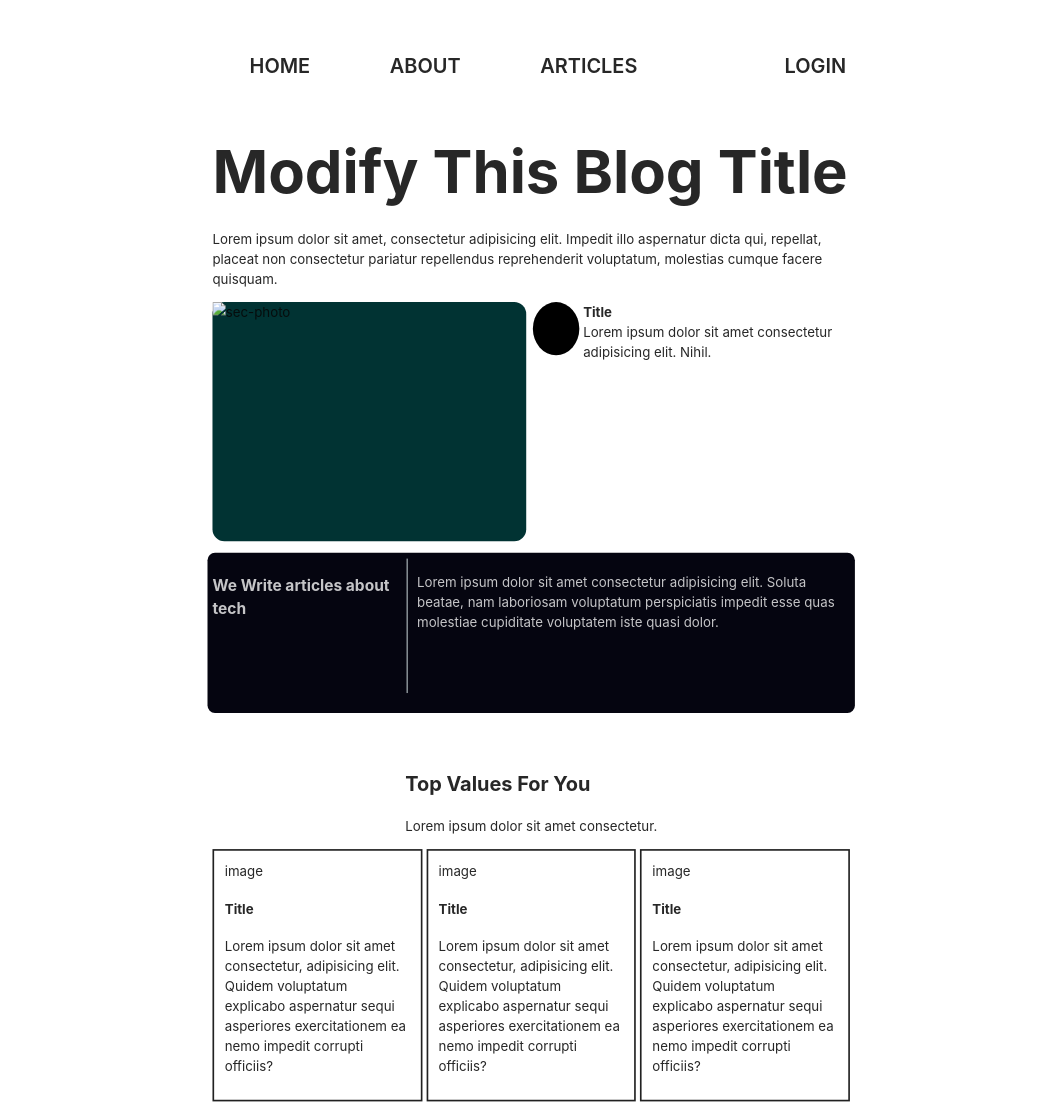
Repository: ValGrace/-static-site
Page: /home (app in client/)
An editor plug-in stored every save of this project. The page is shown before and after the next save, followed by the edit.
The browser window is 1280 px wide. The pictures show the whole page, at 83% of full size.
The project was rebuilt for these pictures with package versions that can differ from the ones it lists, and the page was loaded fresh each time. Also part of the build but not shown: client/vite.config.js, client/src/Utils/appwrite.js, client/src/Components/Inputs.css, client/src/Components/Login.jsx, client/src/Components/Signup.jsx.

Above is the page before, as saved 2023-02-05 12:55:44.

### client/src/main.jsx
import React from 'react'
import ReactDOM from 'react-dom/client'
import App from './App'
import './index.css'
import { BrowserRouter } from 'react-router-dom'
ReactDOM.createRoot(document.getElementById('root')).render(
  <React.StrictMode>
    <BrowserRouter>
    <App />
    </BrowserRouter>
  </React.StrictMode>,
)

### client/src/App.jsx
import PageRouter from './Routing/PageRouter'
import './App.css'

function App() {


  return (
    <div className="App">
      <PageRouter />
    </div>
  )
}

export default App

### client/src/index.css
:root {
  font-family: Inter, system-ui, Avenir, Helvetica, Arial, sans-serif;
  line-height: 1.5;
  font-weight: 400;

  color-scheme: light dark;
  color: rgba(7, 7, 7, 0.87);
  background-color: #ffffff;

  font-synthesis: none;
  text-rendering: optimizeLegibility;
  -webkit-font-smoothing: antialiased;
  -moz-osx-font-smoothing: grayscale;
  -webkit-text-size-adjust: 100%;
}

/* a {
  font-weight: 500;
  color: #646cff;
  text-decoration: inherit;
}
a:hover {
  color: #535bf2;
}

body {
  margin: 0;
  display: flex;
  place-items: center;
  min-width: 320px;
  min-height: 100vh;
}

h1 {
  font-size: 3.2em;
  line-height: 1.1;
}

button {
  border-radius: 8px;
  border: 1px solid transparent;
  padding: 0.6em 1.2em;
  font-size: 1em;
  font-weight: 500;
  font-family: inherit;
  background-color: #1a1a1a;
  cursor: pointer;
  transition: border-color 0.25s;
}
button:hover {
  border-color: #646cff;
}
button:focus,
button:focus-visible {
  outline: 4px auto -webkit-focus-ring-color;
}

@media (prefers-color-scheme: light) {
  :root {
    color: #213547;
    background-color: #ffffff;
  }
  a:hover {
    color: #747bff;
  }
  button {
    background-color: #f9f9f9;
  }
} */

### client/src/Routing/PageRouter.jsx
import Dashboard from "../Pages/Dashboard";
import HomePage from "../Pages/HomePage";
import { Routes, Route} from "react-router-dom"

const PageRouter = () => {
    return (
        <Routes>
            <Route path="/" element={<Dashboard />} />
            <Route path="/home" element={<HomePage />} />
        </Routes>
    )
}

export default PageRouter

### client/src/App.css
.App {
  display: flex;
  flex-direction: column;
  justify-content: center;
  align-items: center;
}

### client/src/Pages/Dashboard.jsx
import React, { useReducer} from 'react'
import Login from '../Components/Login'
import Signup from '../Components/Signup'
import "../Components/Inputs.css"
const initialState = {page : <Login />}
function reducer(state, action) {
    switch(action.type) {
        case 'loginpage':
          return { page: <Login />}
        case 'signuppage':
            return { page: <Signup />}
        default:
            return { page: <h2>Loading....</h2>}
    }
}
const Dashboard = () => {
    const [state, dispatch] = useReducer(reducer, initialState)
    return (
        <div className='dashboard'>
         <h2>Static Site Generator</h2>
         <div>Static site Image</div>
         <div className='dash' id='dash'>
            <div className='toggleForms'>
                <button onClick={() => dispatch({type: 'loginpage'})} className="type-btn">Login</button>
                <button onClick={() => dispatch({type: 'signuppage'})} className="type-btn">Signup</button>
                </div>
            <React.Fragment>{state.page}</React.Fragment>

            <button id="auth-btns">Login with Github account</button>
            <button id="auth-btns">Login with Google account</button>
         </div>
       </div>
    )
}

export default Dashboard

### client/src/Pages/HomePage.jsx
import Navbar from "../Components/Navbar"
import HomeSection from "../Components/HomeSection"
import TopSection from "../Components/TopSection"
const HomePage = () => {
    return (
        <>
         <Navbar />
         <TopSection />
         <HomeSection />
        </>
    )
}

export default HomePage

### client/src/Components/Navbar.jsx
import "./Navbar.css"
const Navbar = () => {
    return (
        <nav>
            <ul>
                <li>home</li>
                <li>about</li>
                <li>articles</li>
            </ul>
            <ul>
                <li>Login</li>
            </ul>
        </nav>
    )
}

export default Navbar

### client/src/Components/HomeSection.jsx
const HomeSection = () => {
   return (
    <>
    <div>
    <h2>Top Values For You</h2>
    <p>Lorem ipsum dolor sit amet consectetur.</p>
    </div>
    <div className="value-section">
        <div className="single-value">
            <div id="icon-section">image</div>
            <h4>Title</h4>
            <p>Lorem ipsum dolor sit amet consectetur, adipisicing elit. Quidem voluptatum explicabo aspernatur sequi asperiores exercitationem ea nemo impedit corrupti officiis?</p>
        </div>
        <div className="single-value">
            <div id="icon-section">image</div>
            <h4>Title</h4>
            <p>Lorem ipsum dolor sit amet consectetur, adipisicing elit. Quidem voluptatum explicabo aspernatur sequi asperiores exercitationem ea nemo impedit corrupti officiis?</p>
        </div>
        <div className="single-value">
            <div id="icon-section">image</div>
            <h4>Title</h4>
            <p>Lorem ipsum dolor sit amet consectetur, adipisicing elit. Quidem voluptatum explicabo aspernatur sequi asperiores exercitationem ea nemo impedit corrupti officiis?</p>
        </div>
    </div>
    </>
   )
}

export default HomeSection

### client/src/Components/TopSection.jsx
const TopSection = () => {
    return (
      <>
      <div className="top-text" id="top-text">
      <h2>Modify this blog title</h2>
      <p>Lorem ipsum dolor sit amet, consectetur adipisicing elit. Impedit illo aspernatur dicta qui, repellat, placeat non consectetur pariatur repellendus reprehenderit voluptatum, molestias cumque facere quisquam.</p>
      </div>
      <div className="head-section">
        <div className="head-img">
            <img src="" alt="sec-photo" />
        </div>
        <div className="side-section">
            <div className="side-img">
                <img src="" alt=""/>
            </div>
            <div className="side-blogs">
                <h4>Title</h4>
                <p>Lorem ipsum dolor sit amet consectetur adipisicing elit. Nihil.</p>
            </div>
        </div>
      </div>
      <div className="site-descr">
        <h3>We Write articles about tech</h3>
        <div className="site-sep"></div>
        <p>Lorem ipsum dolor sit amet consectetur adipisicing elit. Soluta beatae, nam laboriosam voluptatum perspiciatis impedit esse quas molestiae cupiditate voluptatem iste quasi dolor.</p>
      </div>
      </>
    )
}

export default TopSection

### client/src/Components/Navbar.css
nav {
    width: 70vw;
    height: 20vh;
    display: flex;
}

nav > ul{
  display: flex;
  flex-direction: row;
  text-transform: uppercase;
  list-style-type: none;
  justify-content: center;
  align-items: center;
  gap: 4em;
  font-weight: 600;
  font-size: 1.5rem;
  flex-grow: 1;
}

#top-text {
    width: 60vw;
}

#top-text > h2 {
    font-size: 4.5rem;
    text-transform: capitalize;
    margin: 0;
    /* float: left; */
}

#top-text > p {
    float: right;

}

.head-section {
    display: flex;
    width: 60vw;
    gap: 0.5em;
}

.head-img {
    background-color: rgb(1, 51, 51);
    width: 70%;
    border-radius: 0.9em;
    height: 40vh;
}

.side-section {
    display: flex;
    flex-direction: row;
    gap: 0.3rem;
}

.side-img {
    background-color: black;
    width: 5rem;
    height: 4rem;
    border-radius: 50%;
}

.side-blogs > h4, .side-blogs > p {
    margin: 0;
}

.site-descr {
    width: 60vw;
    background-color: rgba(1, 1, 12, 0.979);
    color: rgba(255, 255, 255, 0.767);
    border-radius: 9px;
    margin-top: 0.9rem;
    display: flex;
    /* gap: 0.4rem; */
    padding: 0.4rem;
    height: 25vh;
    margin-bottom: 3em;
}

.site-descr > p {
    width: 75%;
}
.site-sep {
    width: 0.1rem;
    height: 90%;
    background-color: azure;
    margin-right: 0.7rem;
}


.value-section {
   width: 60vw;
    display: flex;
    gap: 0.3rem;
}

.single-value {
    border: 2px solid rgba(0, 0, 0, 0.87);
    padding: 0.8em;
}

Loaded but not shown: client/index.html (common file)

After the next save:
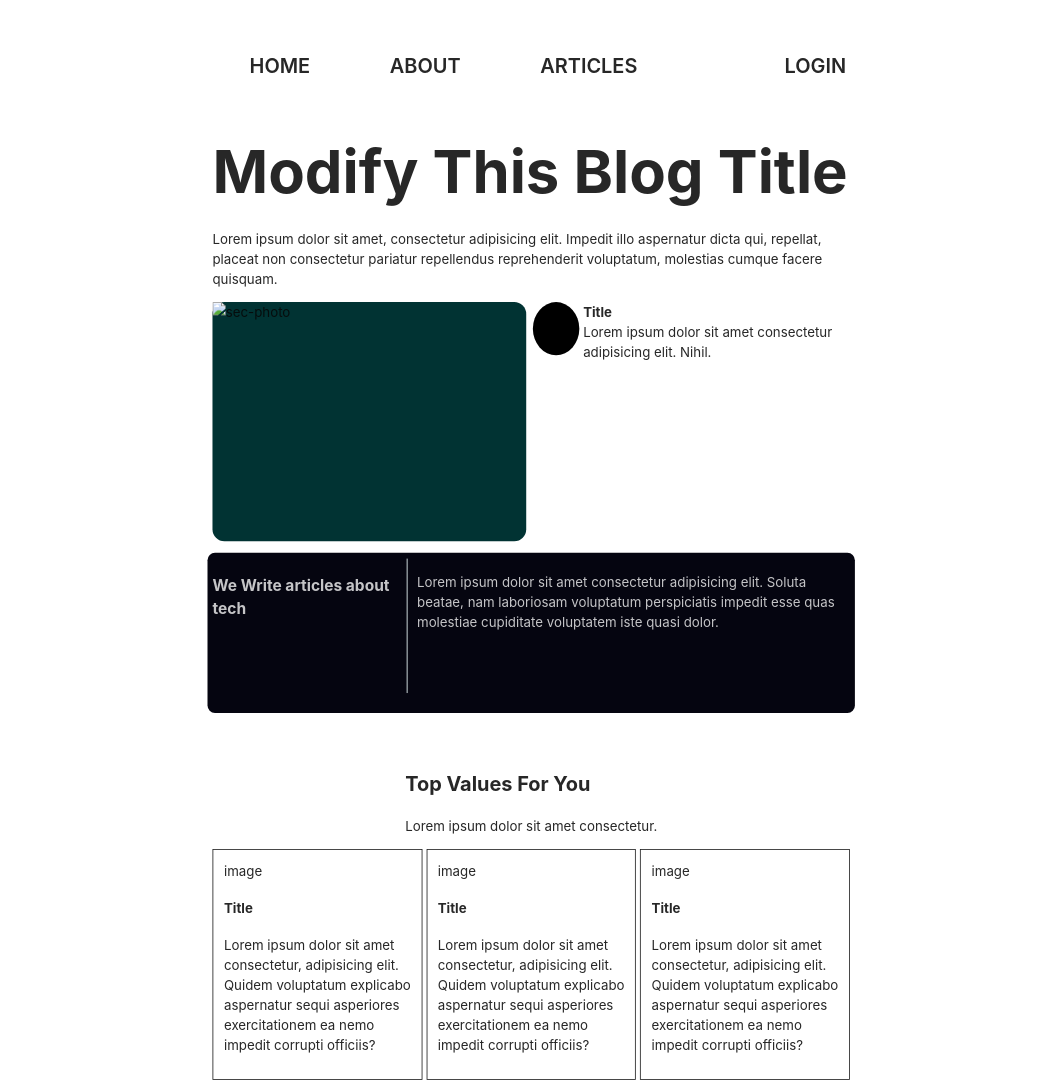
Saved 7 s later.
--- a/client/src/Components/Navbar.css
+++ b/client/src/Components/Navbar.css
@@ -94,6 +94,6 @@ nav > ul{
 }
 
 .single-value {
-    border: 2px solid rgba(0, 0, 0, 0.87);
+    border: 0.9px solid rgba(0, 0, 0, 0.87);
     padding: 0.8em;
 }
